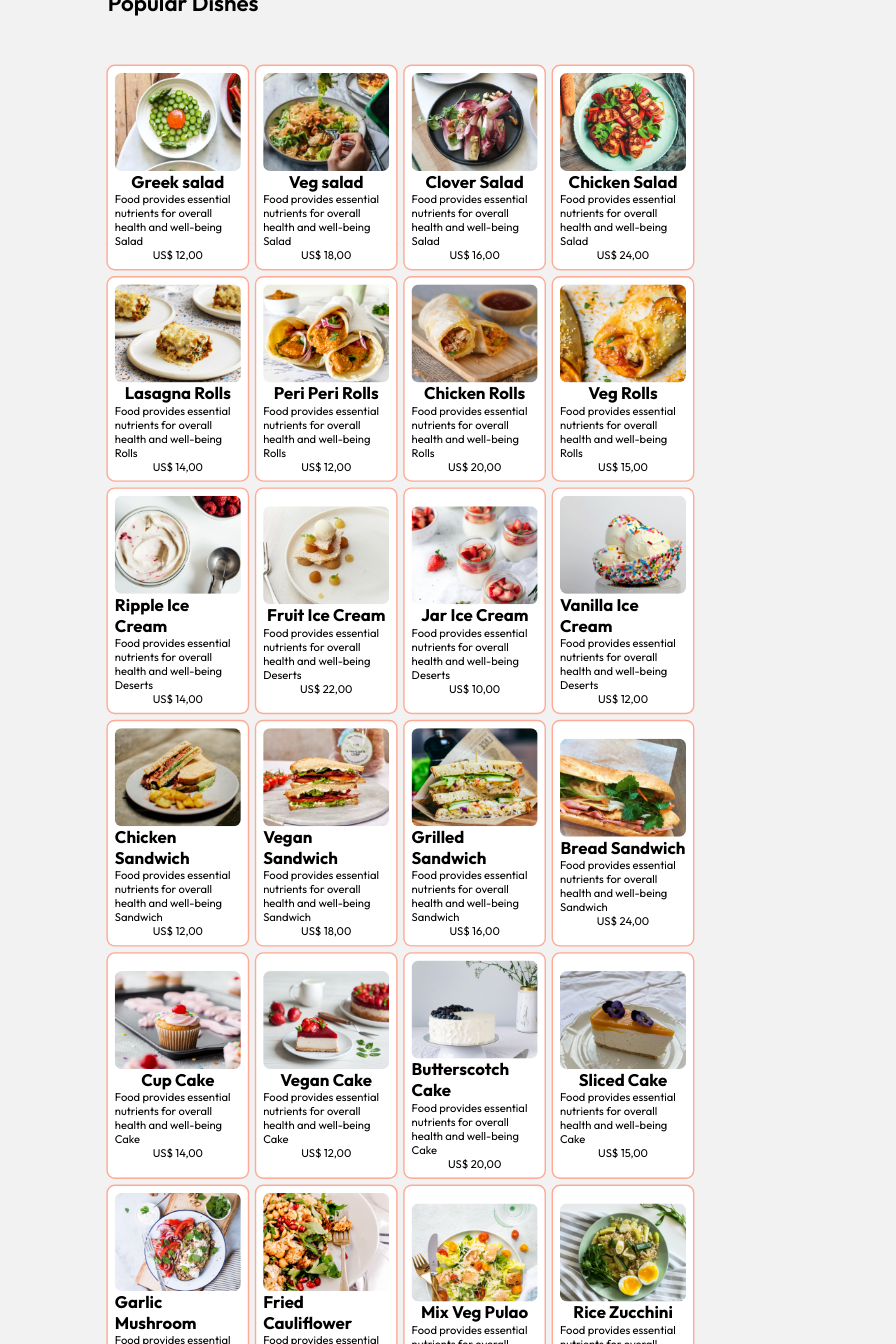
Repository: guilhermecardoso93/foodio
Page: /
The author's editor kept a copy of each file at every save. The page is drawn from the files as they stood at one save, then again after the next save.
The browser window is 1280 px wide. The pictures show the part of the page from y = 656 to 2576 px (the page is 3324 px tall before and 3356 px after), at 70% of full size.
The project was rebuilt for these pictures with package versions that can differ from the ones it lists, and the page was loaded fresh each time. Also part of the build but not shown: vite.config.js, src/index.css.

Above is the page before, as saved 2024-11-05 20:13:49.

After the next save:
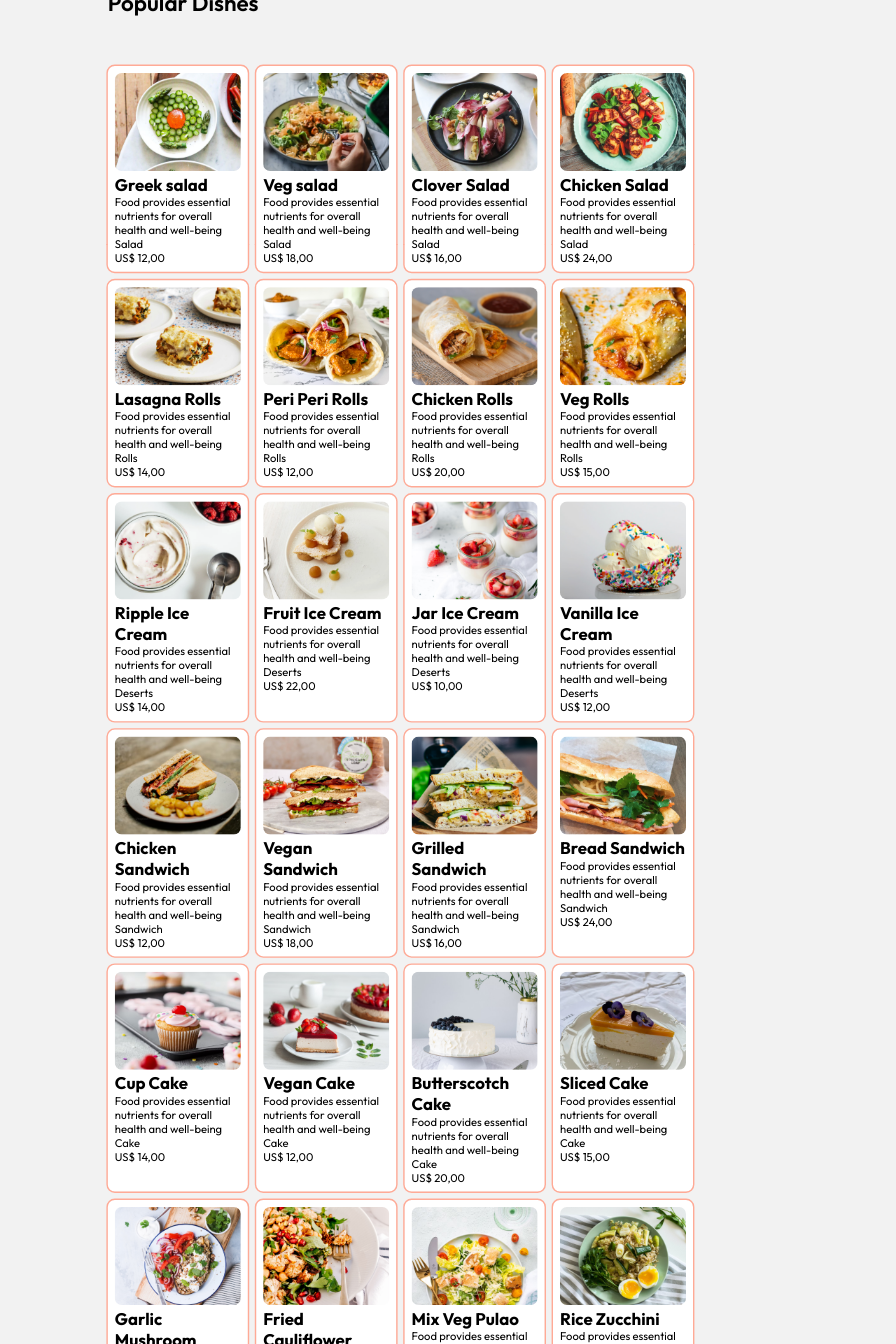
Saved 7 s later.
--- a/src/components/CardItem/styles.css
+++ b/src/components/CardItem/styles.css
@@ -1,7 +1,7 @@
 .card {
   width: 200px;
   height: auto;
-  display: flex;
+  display: block;
   flex-direction: column;
   padding: 10px;
   border-radius: 10px;
